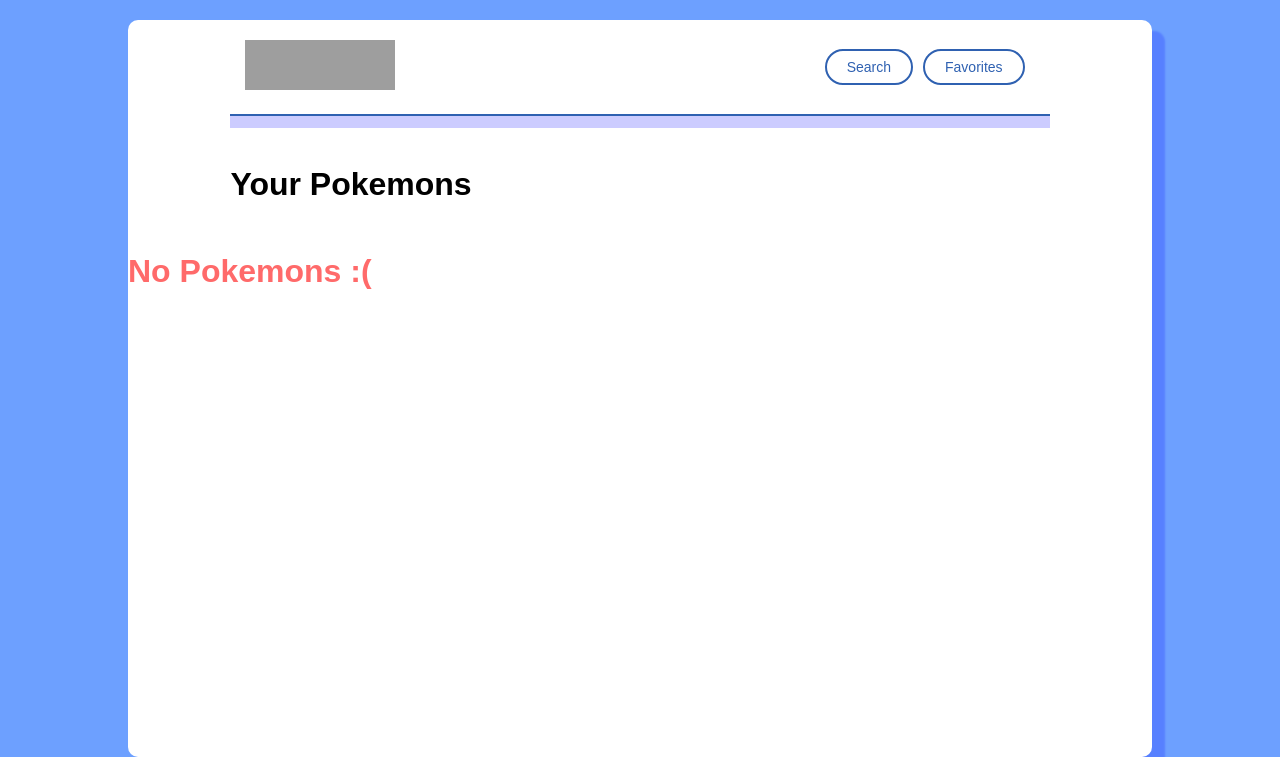
Repository: Rashiduulu/zeon-ithub-second-project
Page: FavoritePage/Favorite.html
The author's editor kept a copy of each file at every save. The page is drawn from the files as they stood at one save, then again after the next save.
The browser window is 1280 px wide. The pictures show the whole page.
Pictures or frames that could not be fetched are drawn as grey boxes.

Above is the page before, as saved 2022-11-16 15:09:18.

After the next save:
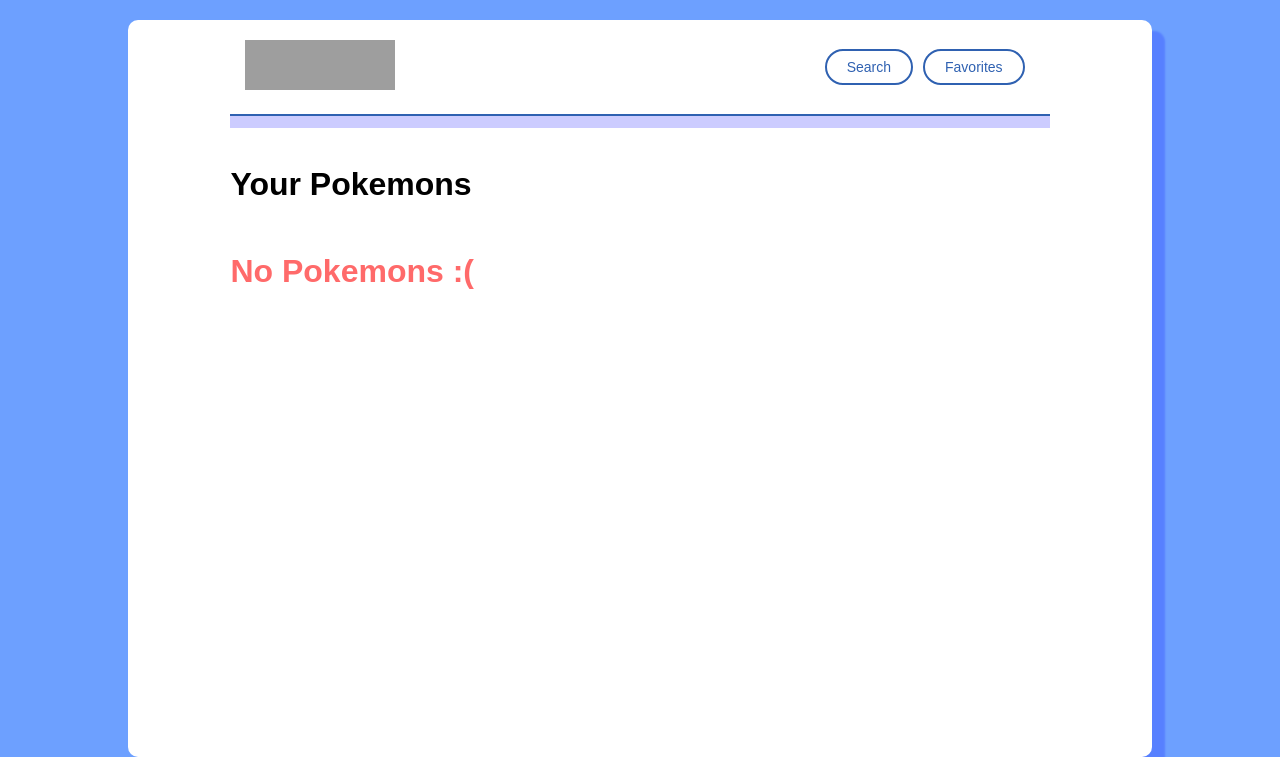
Saved 76 s later.
--- a/FavoritePage/script.js
+++ b/FavoritePage/script.js
@@ -27,7 +27,7 @@ function PokeCart() {
     favCart.innerHTML = pokeHTML;
   } else {
     const noPoke = `<h1 class="notPoke">No Pokemons :(</h1>`;
-    falseC.innerHTML = noPoke;
+    favCart.innerHTML = noPoke;
   }
 }
 PokeCart();
